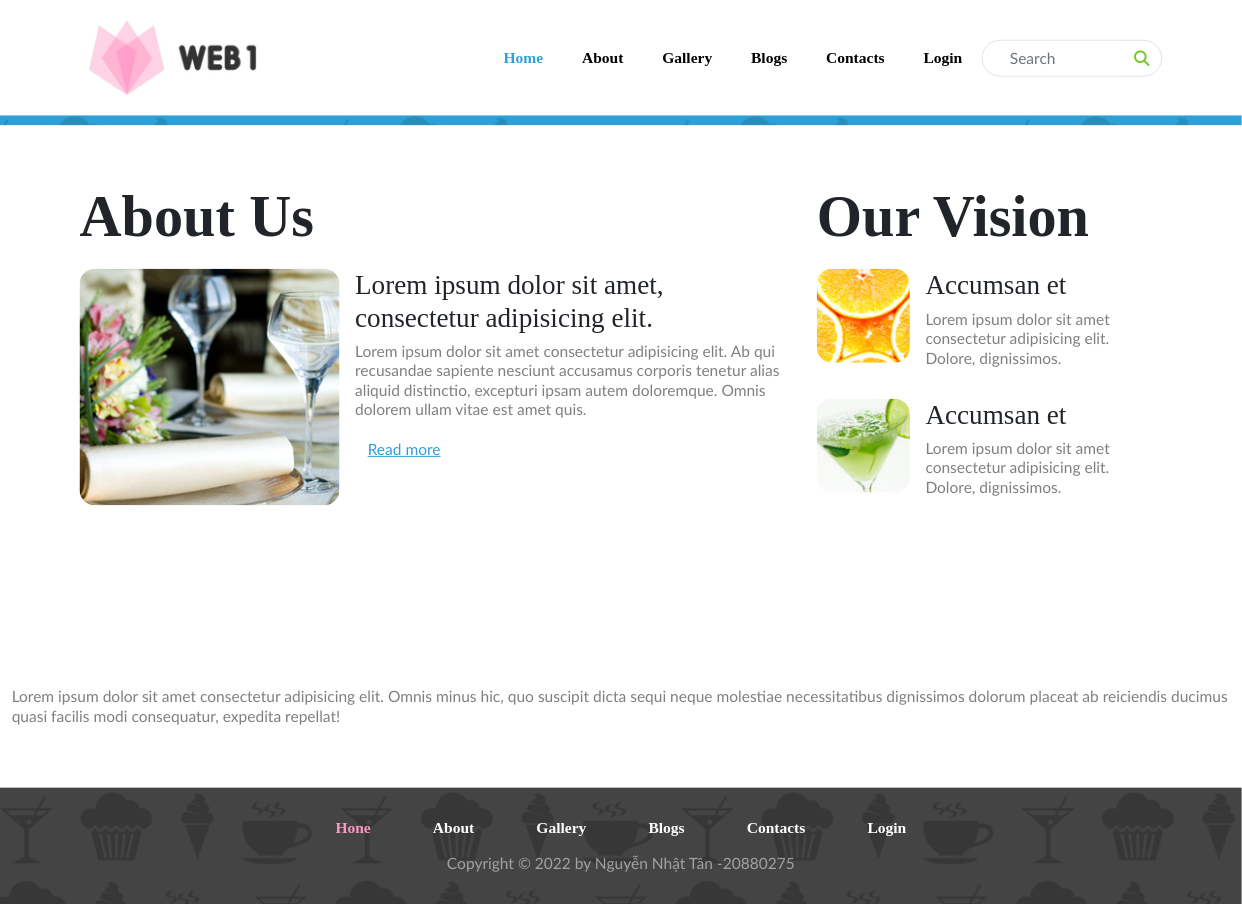
Repository: carembanhkem/web1-20880275
Page: about.html
The author's editor kept a copy of each file at every save. The page is drawn from the files as they stood at one save, then again after a run of saves.
The browser window is 1280 px wide. The pictures show the whole page, at 97% of full size.
Some web fonts or font styles are not loaded; a fallback is used. Some web libraries are served in a nearby version.

Above is the page before, as saved 2023-02-06 11:31:43.
Console error: ReferenceError: bootstrap is not defined

### about.html
<!doctype html>
<html lang="en">

<head>
    <title>20880275 - Web1 Project</title>
    <!-- Required meta tags -->
    <meta charset="utf-8">
    <meta name="viewport" content="width=device-width, initial-scale=1, shrink-to-fit=no">
    <!-- Favicon-->
    <link rel="shortcut icon" href="images/favicon.ico" type="image/x-icon">
    <!-- FontAweSome-->
    <script src="https://kit.fontawesome.com/ee054dad92.js" crossorigin="anonymous"></script>
    <!-- Google Fonts -->
    <link rel="preconnect" href="https://fonts.googleapis.com">
    <link rel="preconnect" href="https://fonts.gstatic.com" crossorigin>
    <link href="https://fonts.googleapis.com/css2?family=Changa+One&display=swap" rel="stylesheet">
    <!-- Bootstrap CSS v5.2.1 -->
    <link href="https://cdn.jsdelivr.net/npm/bootstrap@5.2.1/dist/css/bootstrap.min.css" rel="stylesheet"
        integrity="sha384-iYQeCzEYFbKjA/T2uDLTpkwGzCiq6soy8tYaI1GyVh/UjpbCx/TYkiZhlZB6+fzT" crossorigin="anonymous">
    <link rel="stylesheet" href="css/20880275.css">
</head>

<body>
    <header class="container">
        <nav class="navbar navbar-expand-sm navbar-light">
            <a class="navbar-brand" href="#">
                <img src="images/logo.png" alt="Web1 Logo">
            </a>
            <button class="navbar-toggler d-lg-none" type="button" data-bs-toggle="collapse" data-bs-target="#menu-header" aria-controls="menu-header"
                aria-expanded="false" aria-label="Toggle navigation"></button>
            <div class="collapse navbar-collapse" id="menu-header">
                <ul class="navbar-nav ms-auto mt-2 mt-lg-0">
                    <li class="nav-item">
                        <a class="nav-link active" href="index.html" aria-current="page">Home <span class="visually-hidden">(current)</span></a>
                    </li>
                    <li class="nav-item">
                        <a class="nav-link" href="about.html">About</a>
                    </li>
                    <li class="nav-item">
                        <a class="nav-link" href="gallery.html">Gallery</a>
                    </li>
                    <li class="nav-item">
                        <a class="nav-link" href="blogs.html">Blogs</a>
                    </li>
                    <li class="nav-item">
                        <a class="nav-link" href="contact.html">Contacts</a>
                    </li>
                    <li class="nav-item">
                        <a class="nav-link" href="#" data-bs-toggle="modal" data-bs-target="#modalLogin">Login</a>
                    </li>
                </ul>
                <form class="d-flex my-2 my-lg-0 border rounded-pill" id="formSearch">
                    <input class="form-control border-0 ms-3" type="text" placeholder="Search">
                    <button class="btn my-2 my-sm-0 border-0" type="submit"><i class="fa-solid fa-magnifying-glass"></i></button>
                </form>
            </div>
        </nav>
    </header>

    <section id="banner-small">

    </section>

    <section class="container py-5">
        <div class="row">
            <div class="col-md-8">
                <h1 class="py-3">About Us</h1>
                <div>
                    <img src="images/about-1.jpg" alt="About us" class="float-start rounded-4 me-3">
                    <h3>Lorem ipsum dolor sit amet, consectetur adipisicing elit.</h3>
                    <p class="text-black-50">Lorem ipsum dolor sit amet consectetur adipisicing elit. Ab qui recusandae sapiente nesciunt accusamus corporis tenetur alias aliquid distinctio, excepturi ipsam autem doloremque. Omnis dolorem ullam vitae est amet quis.</p>
                    <a href="#" class="btn btn-link readmore">Read more</a>
                </div>
            </div>
            <div class="col-md-4 col-sm-12">
                <h1 class="py-3">Our Vision</h1>
                <div class="clearfix mb-3">
                    <img src="images/vision/vision-1.jpg" alt="vision1" class="float-start me-3 rounded-4">
                    <h3>Accumsan et</h3>
                    <p class="text-black-50">Lorem ipsum dolor sit amet consectetur adipisicing elit. Dolore, dignissimos.</p>
                </div>
                <div class="clearfix mb-3">
                    <img src="images/vision/vision-2.jpg" alt="vision1" class="float-start me-3 rounded-4">
                    <h3>Accumsan et</h3>
                    <p class="text-black-50">Lorem ipsum dolor sit amet consectetur adipisicing elit. Dolore, dignissimos.</p>
                </div>
            </div>
        </div>
    </section>
    <!-- Testimonials-->
    <section class="container-fluid py-5" id="testimonials">
        <h1 class="text-white">Testimonials</h1>
        <div class="row">
            <div class="col">
                <p class="text-black-50">Lorem ipsum dolor sit amet consectetur adipisicing elit. Omnis minus hic, quo suscipit dicta sequi neque molestiae necessitatibus dignissimos dolorum placeat ab reiciendis ducimus quasi facilis modi consequatur, expedita repellat!</p>
                <span class="text-white"></span>
            </div>
        </div>
    </section>

    <!-- Footer -->
    <footer class="text-center container-fluid text-white py-3">
        <ul class="nav justify-content-center py-3" id="menu-footer">
            <li class="nav-item">
                <a class="nav-link active" href="#" aria-current="page">Hone</a>
            </li>
            <li class="nav-item">
                <a class="nav-link" href="about.html">About</a>
            </li>
            <li class="nav-item">
                <a class="nav-link" href="gallery.html">Gallery</a>
            </li>
            <li class="nav-item">
                <a class="nav-link" href="blogs.html">Blogs</a>
            </li>
            <li class="nav-item">
                <a class="nav-link" href="contact.html">Contacts</a>
            </li>
            <li class="nav-item">
                <a class="nav-link" href="#" data-bs-toggle="modal" data-bs-target="#modalLogin">Login</a>
            </li>
        </ul>
        <p class="text-white-50">Copyright &copy; 2022 by  Nguyễn Nhật Tân -20880275</p>
    </footer>

    <!-- Modal Body -->
    <!-- if you want to close by clicking outside the modal, delete the last endpoint:data-bs-backdrop and data-bs-keyboard -->
    <div class="modal fade" id="modalLogin" tabindex="-1" data-bs-backdrop="static" data-bs-keyboard="false" role="dialog" aria-labelledby="modalTitleId" aria-hidden="true">
        <div class="modal-dialog modal-dialog-scrollable modal-dialog-centered modal-sm" role="document">
            <div class="modal-content">
                <div class="modal-header">
                    <button type="button" class="btn-close" data-bs-dismiss="modal" aria-label="Close"></button>
                </div>
                <div class="modal-body">
                    <form action="#" method="post" id="formLogin">
                        <h3 class="text-center">Login Form</h3>
                        <div class="mb-3">
                            <input type="text" name="username" id="username" placeholder="Username" class="form-control">
                        </div>
                        <div class="mb-3">
                            <input type="password" name="password" id="password" placeholder="Password" class="form-control">
                        </div>
                        <button type="submit" class="form-control btn">Login</button>
                    </form>
                </div>
                <div class="modal-footer">

                </div>
            </div>
        </div>
    </div>


    <!-- Optional: Place to the bottom of scripts -->
    <script>
        const myModal = new bootstrap.Modal(document.getElementById('modalLogin'), options)

    </script>

    <!-- Boostrap JavaScript Libraries -->
    <script src="https://cdn.jsdelivr.net/npm/@popperjs/core@2.11.6/dist/umd/popper.min.js"
        integrity="sha384-oBqDVmMz9ATKxIep9tiCxS/Z9fNfEXiDAYTujMAeBAsjFuCZSmKbSSUnQlmh/jp3" crossorigin="anonymous">
    </script>

    <script src="https://cdn.jsdelivr.net/npm/bootstrap@5.2.1/dist/js/bootstrap.min.js"
        integrity="sha384-7VPbUDkoPSGFnVtYi0QogXtr74QeVeeIs99Qfg5YCF+TidwNdjvaKZX19NZ/e6oz" crossorigin="anonymous">
    </script>
</body>

</html>

### css/20880275.css
:root {
    --web1-pink: #FA97C2;
    --web1-blue: #2FA0D5;
    --web1-green: #73C926;
}

body {
    font-family: 'Trebuchet MS', Arial, Helvetica, sans-serif;
    font-size: 16px;
    line-height: 20px;
}

h1, h2, h3, h4 {
    font-family: 'Changa One', cursive;
    font-weight: 400;
}

h1 {
    font-size: 60px;
    line-height: 60px;
    font-weight: 900;
}

/* Header */
#menu-header a {
    display: block;
    padding: 0 1.25rem;
    font-weight: bold;
    color: black;
    font-family: 'Changa One', cursive;
}
#menu-header a.active {
    color: var(--web1-blue);
}

#formSearch input {
    width: 8rem;
}

#formSearch i {
    color: var(--web1-green);
}

/* Banner */
#banner {
    background-image: url('../images/bg-banner.gif');
}

#banner > div {
    background: url('../images/logo_bg.png') left top no-repeat, url('../images/search_bg.png') right top no-repeat;
    padding: 5rem 0  3rem 0;
}

#banner a {
    background-color: var(--web1-pink);
    font-family: 'Changa One', cursive;
    font-size: 2rem;
}

#banner .carousel-item {
    min-height: 15rem; /*Do chieu cao khong co dinh nen minheight bang cai lon nhat de ko bi xe dich*/
}

#banner .carousel-indicators li {
    width: 1.2rem;
    height: 1.2rem;
    border-radius: 1.2rem; /* de no thanh hinh tron*/
    border: none; /* de no thanh hinh tron vi width = height = border radius*/
    margin: 0 0.25rem;
    position: relative;
}

#banner .carousel-indicators li span {
    position: absolute;
    top: 0.3rem;
    left: 0.3rem;
    width: 0.6rem;
    height: 0.6rem;
    border-radius: 0.6rem;
    border: none;
    text-align:left;
    text-indent: -9999px;
}

#banner .carousel-indicators li.active span{
    background-color: var(--web1-green);
}

/* banner small */
#banner-small {
    background-image: url(../images/bg-banner.gif);
    padding: 5px;
}

/* products */
.readmore {
    color: var(--web1-blue);
    margin-top: -4px;
}

.web1-text-blue {
    color: var(--web1-blue);
}

/* about us */
#aboutus {
    background-color: var(--web1-pink);
}

#formSignUp {
    border-style: dashed !important;
    border-color: rgba(0,0,0,0.5) !important;
}

/* news */
#news .date {
    background-color: var(--web1-green);
    width: 6rem;
    padding: 1.5rem;
}

/* Footer*/
footer {
    background-image: url('../images/bg-footer.gif');
}

#menu-footer a {
    color: white;
    font-weight: bold;
    font-family: 'Changa One', cursive;
    display: block;
    padding: 0 2rem;
}

#menu-footer a.active {
    color: var(--web1-pink);
}

/* Modal Login*/
#formLogin button[type="submit"]{
    background-color: var(--web1-blue);
    color: white;
}

After the next 7 saves:
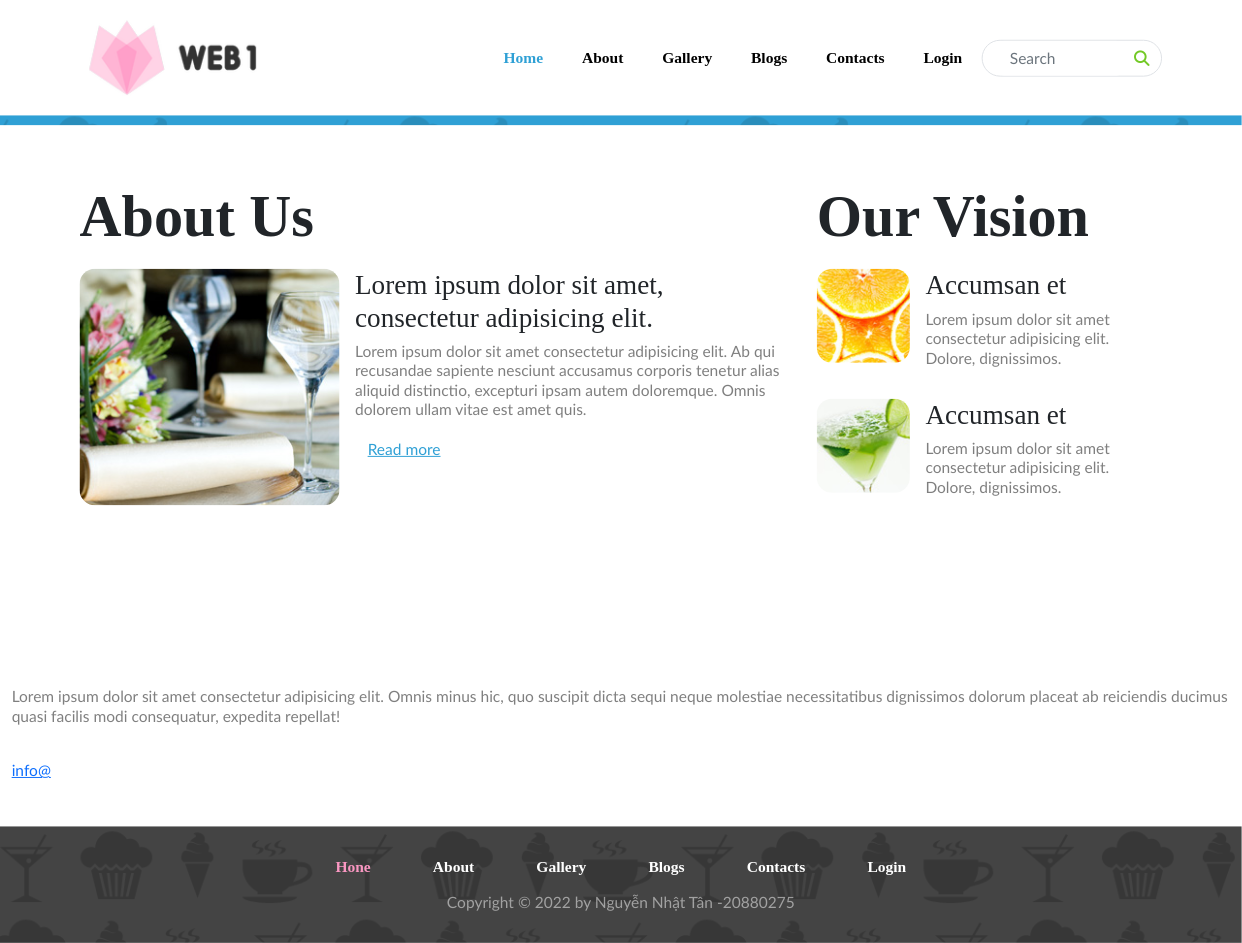
The 7 saves are shown as one change because they came seconds apart.
The last was saved 19 s later.
--- a/about.html
+++ b/about.html
@@ -93,7 +93,8 @@
         <div class="row">
             <div class="col">
                 <p class="text-black-50">Lorem ipsum dolor sit amet consectetur adipisicing elit. Omnis minus hic, quo suscipit dicta sequi neque molestiae necessitatibus dignissimos dolorum placeat ab reiciendis ducimus quasi facilis modi consequatur, expedita repellat!</p>
-                <span class="text-white"></span>
+                <span class="text-white"></span><br>
+                <a href="#">info@</a>
             </div>
         </div>
     </section>
